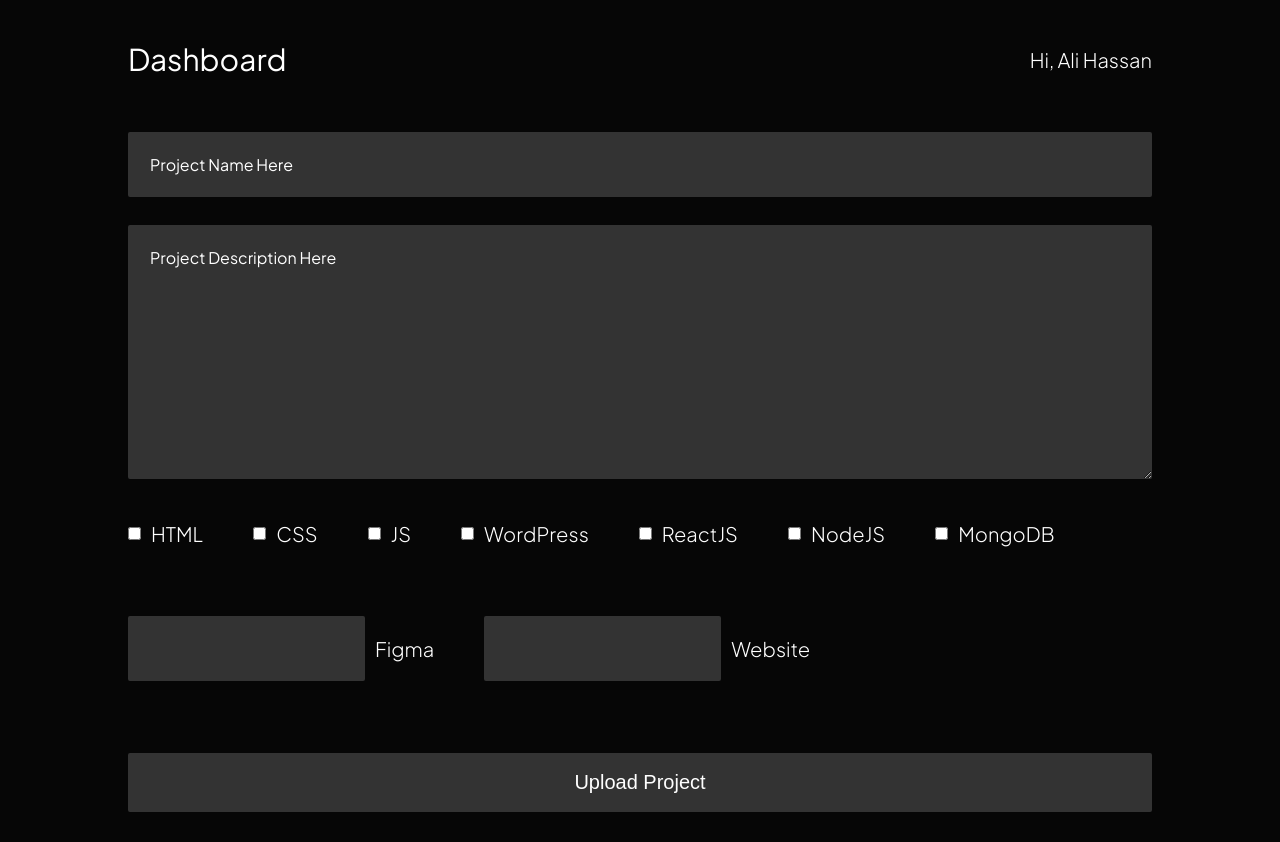
Repository: AliHassan02-Dev/PORTFOLIO
Page: /AdminDashborad (app in Front-end/)
An editor plug-in stored every save of this project. The page is shown before and after the next save, followed by the edit.
The browser window is 1280 px wide. The pictures show the whole page.
The project was rebuilt for these pictures with package versions that can differ from the ones it lists, and the page was loaded fresh each time. Also part of the build but not shown: Front-end/vite.config.js, Front-end/src/Pages/Home.jsx, Front-end/src/Pages/About.jsx, Front-end/src/Components/Footer.jsx, Front-end/src/Components/Navbar.jsx, Front-end/src/data.js, Front-end/src/Components/ProjectsBox.jsx, Front-end/src/App.jsx and 5 more.

Above is the page before, as saved 2024-08-31 07:50:08.

After the next save:
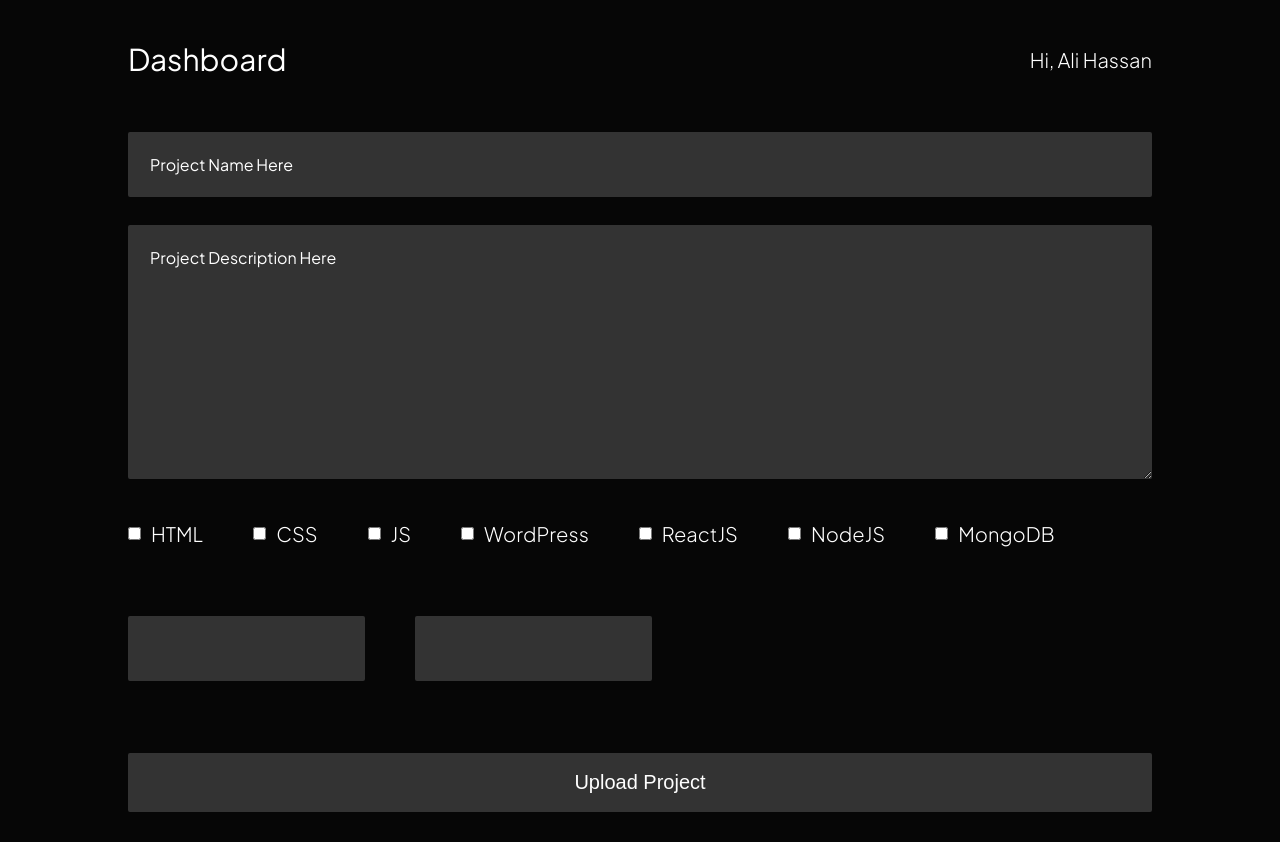
Saved 30 s later.
--- a/Front-end/src/Pages/AdminDashboard.jsx
+++ b/Front-end/src/Pages/AdminDashboard.jsx
@@ -128,24 +128,18 @@ const AdminDashboard = () => {
           </div>
 
           <div className="linksBox">
-            <div className="linksBar">
-              <input
-                type="text"
-                name="figmaLink"
-                value={projectData.figmaLink}
-                onChange={handleEvent}
-              />
-              <p>Figma</p>
-            </div>
-            <div className="linksBar">
-              <input
-                type="text"
-                name="websiteLink"
-                value={projectData.websiteLink}
-                onChange={handleEvent}
-              />
-              <p>Website</p>
-            </div>
+            <input
+              type="text"
+              name="figmaLink"
+              value={projectData.figmaLink}
+              onChange={handleEvent}
+            />
+            <input
+              type="text"
+              name="websiteLink"
+              value={projectData.websiteLink}
+              onChange={handleEvent}
+            />
           </div>
 
           <button onClick={handleSubmit}>Upload Project</button>
